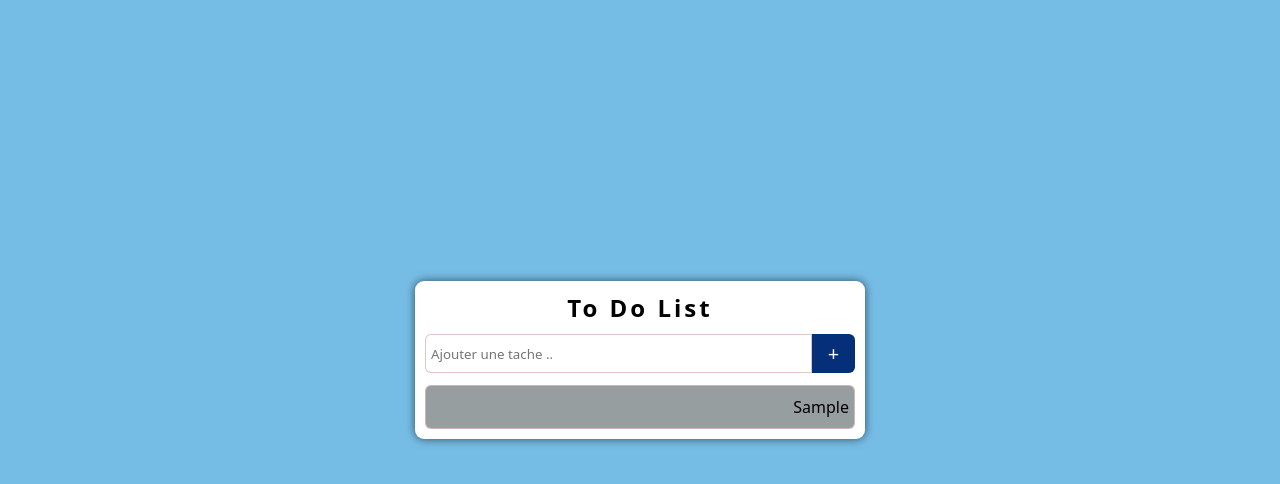
Repository: beva3/javaScrypt
Page: to-do-liste/index.html
An editor plug-in stored every save of this project. The page is shown before and after a run of saves, followed by the edit.
The browser window is 1280 px wide. The pictures show the whole page.
Empty fields were first filled with sample values (such as "Sample", 5 or name@example.com).
After loading, the first visible `#addTodo` was clicked once.

Above is the page before, as saved 2024-05-08 21:33:42.

### to-do-liste/index.html
<!DOCTYPE html>
<html lang="en">
<head>
    <meta charset="UTF-8">
    <link rel="stylesheet" href="style.css">
    <meta name="viewport" content="width=device-width, initial-scale=1.0">
    <title>to do list</title>
</head>
<body>
    <section>
        <h1>To do list</h1>
        <div class="container">
            <div class="full_input">
                <input type="text" name="" id="inputField" placeholder="Ajouter une tache ..">
                <button id="addTodo" onclick="addToDoButton()">+</button>
            </div>
            <div id="toDocontainer"></div>
        </div>
    </section>
    <script src="./script.js"></script>
</body>
</html>

### to-do-liste/style.css
*{
    margin: 0;
    padding: 0;
    box-sizing:border-box ;
    font-family:system-ui, -apple-system, BlinkMacSystemFont, 'Segoe UI', Roboto, Oxygen, Ubuntu, Cantarell, 'Open Sans', 'Helvetica Neue', sans-serif;
}
body{
    background-color: rgba(48, 155, 218, 0.658);
    display: flex;
    align-items: center;
    min-height: 100vh;
    justify-content: center;
}
section{
    background-color: white;
    padding:10px;
    width:450px;
    border-radius: 9px;
    box-shadow: 0 0 10px rgba(0,0,0,0.6);
}
h1{
    text-align: center;
    text-transform: capitalize;
    letter-spacing: 3px;
    margin-bottom: 10px;
}
.full_input{
    display: flex;
    align-items: center;
    justify-content: space-between;
    input{
        width: 90%;
        padding: 10px 5px;
        height: 39px;
        outline: none;
        border: 1px solid rgba(214, 186, 186, 0.822);
        border-radius: 6px 0 0 6px ;
    }
    button{
        width: 10%;
        height: 39px;
        border:0;
        border-radius: 0 6px 6px 0 ;
        background-color: rgb(6, 47, 122);
        font-size: 20px;
        color: white;
        cursor: pointer;
    }
}
.paragraph_style{
    width: 100%;
    padding: 10px 5px;
    border: 1px solid rgba(214, 186, 186, 0.822);
    background-color: rgba(11, 28, 32, 0.425);
    border-radius: 6px;
    margin: 12px 0;
    text-align: right;
    word-break: break-all;
    cursor:pointer;
    animation: anim 0.5s linear;
}
.paragraph_style:last-child{
    margin-bottom: 0px;
}

@keyframes anim{
    from{
        transform: translateY(50px);
    }
}

### to-do-liste/script.js
let addToDoButton = document.getElementById('addTodo');             //!console.log(addToDoButton);
let addToDoContainer = document.getElementById('toDocontainer');    //!console.log(addToDoContainer);
let inputField = document.getElementById('inputField');             //!console.log(inputField);

addToDoButton.onclick = function(){
    // TODO: verify if the input field is not null
    if(inputField.value != ""){
        //  !console.log(inputField);
        //  !console.log(inputField.value);
        // TODO: create a paragraph
        var paragraph = document.createElement('p');
    }
    // TODO: valorizer this paragraph with the content of input
    paragraph.innerHTML = inputField.value;

    // TODO: add style
    paragraph.classList.add('paragraph_style');

    // TODO:insert this paragraph dans l'element of toDoContainer
    addToDoContainer.appendChild(paragraph);

    inputField.value = "";
}

After the next 2 saves:
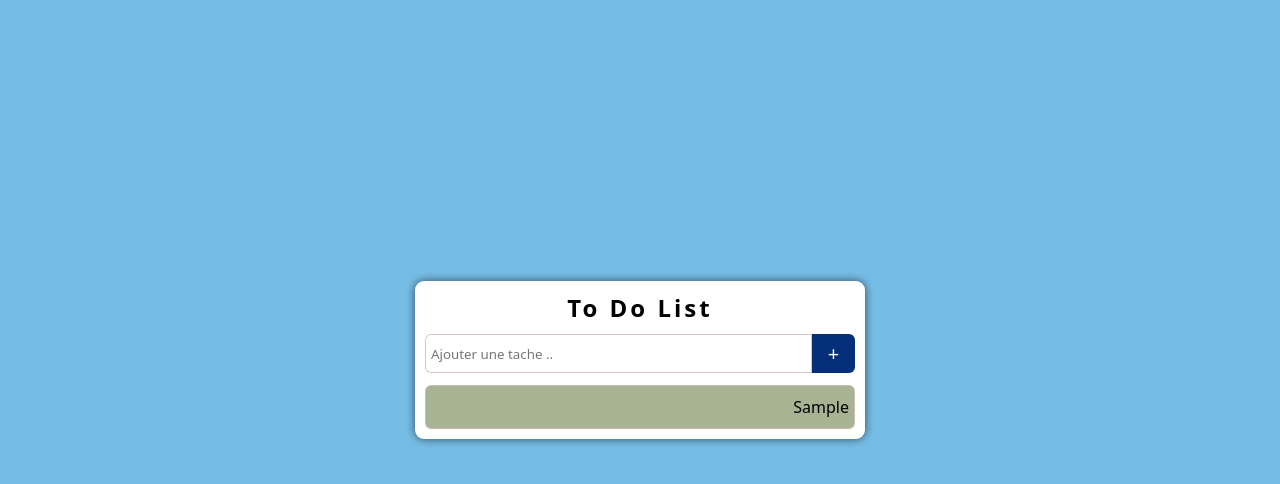
The 2 saves are shown as one change because they came seconds apart.
The last was saved 7 s later.
--- a/to-do-liste/style.css
+++ b/to-do-liste/style.css
@@ -51,7 +51,7 @@ h1{
     width: 100%;
     padding: 10px 5px;
     border: 1px solid rgba(214, 186, 186, 0.822);
-    background-color: rgba(11, 28, 32, 0.425);
+    background-color: rgba(51, 77, 3, 0.425);
     border-radius: 6px;
     margin: 12px 0;
     text-align: right;
